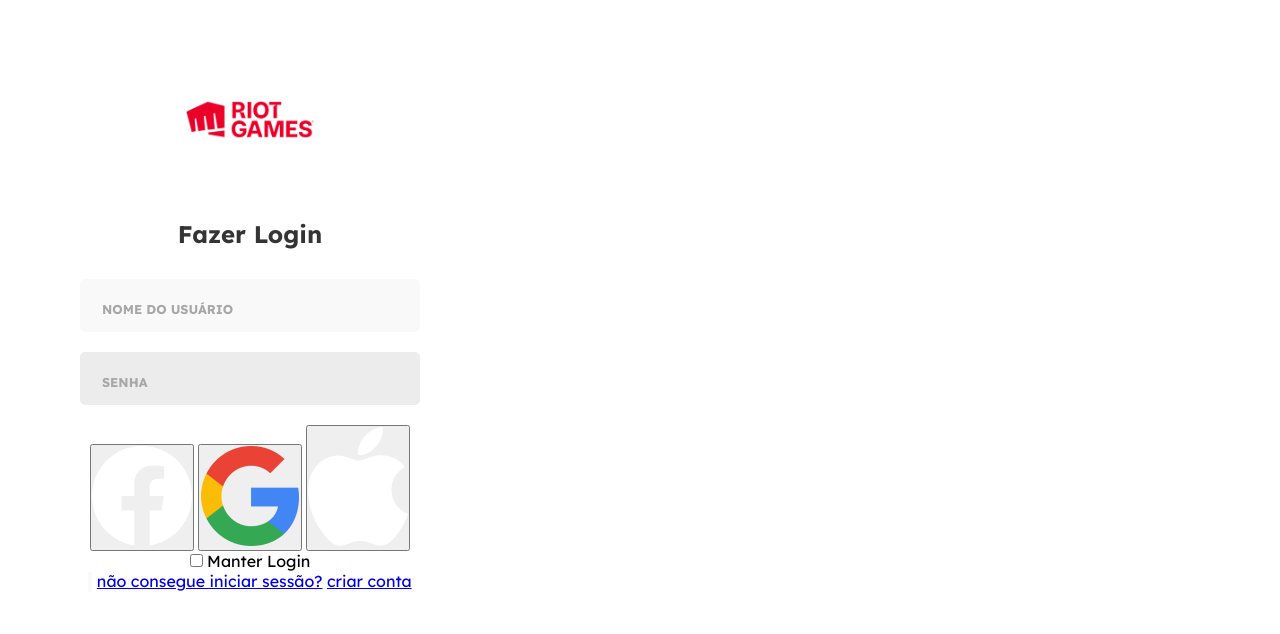
Repository: guilhermecardoso93/lolpage
Page: index.html
An editor plug-in stored every save of this project. The page is shown before and after the next save, followed by the edit.
The browser window is 1280 px wide. The pictures show the whole page.
The first visible `.input` has the focus.

Above is the page before, as saved 2022-06-11 21:05:00.

After the next save:
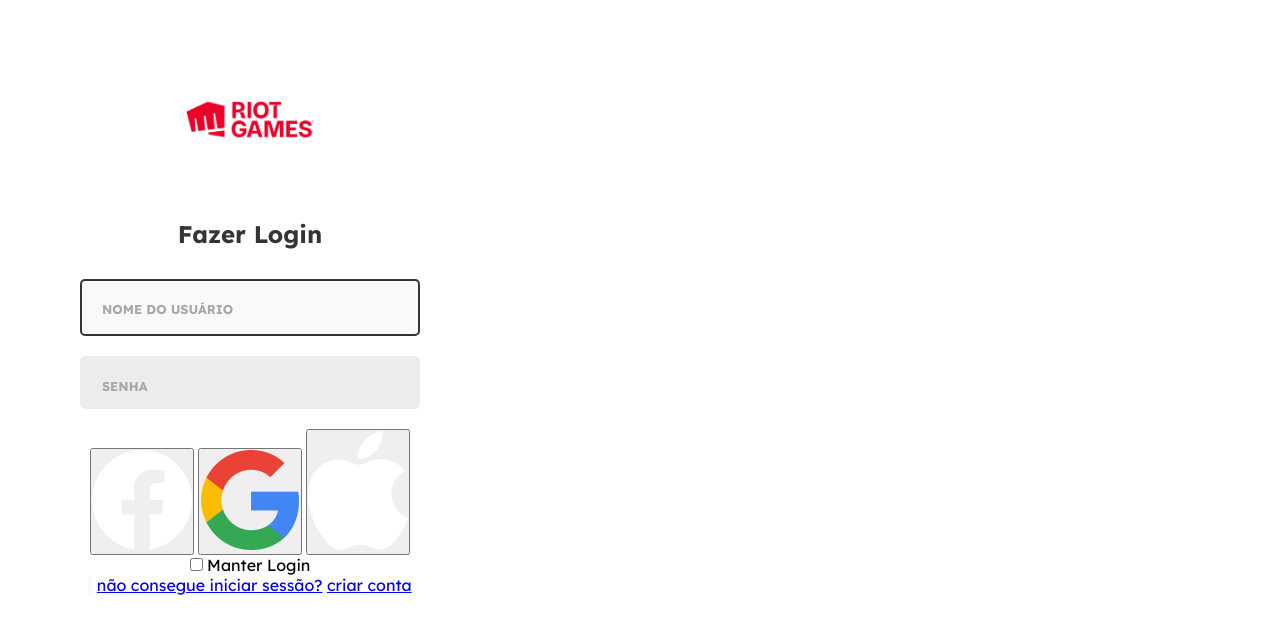
Saved 17 s later.
--- a/style.css
+++ b/style.css
@@ -72,4 +72,5 @@
 
 .input:focus{
   background-color: var(--whitesmoke);
+  border: 2px solid var(--deep-grey);
 }
